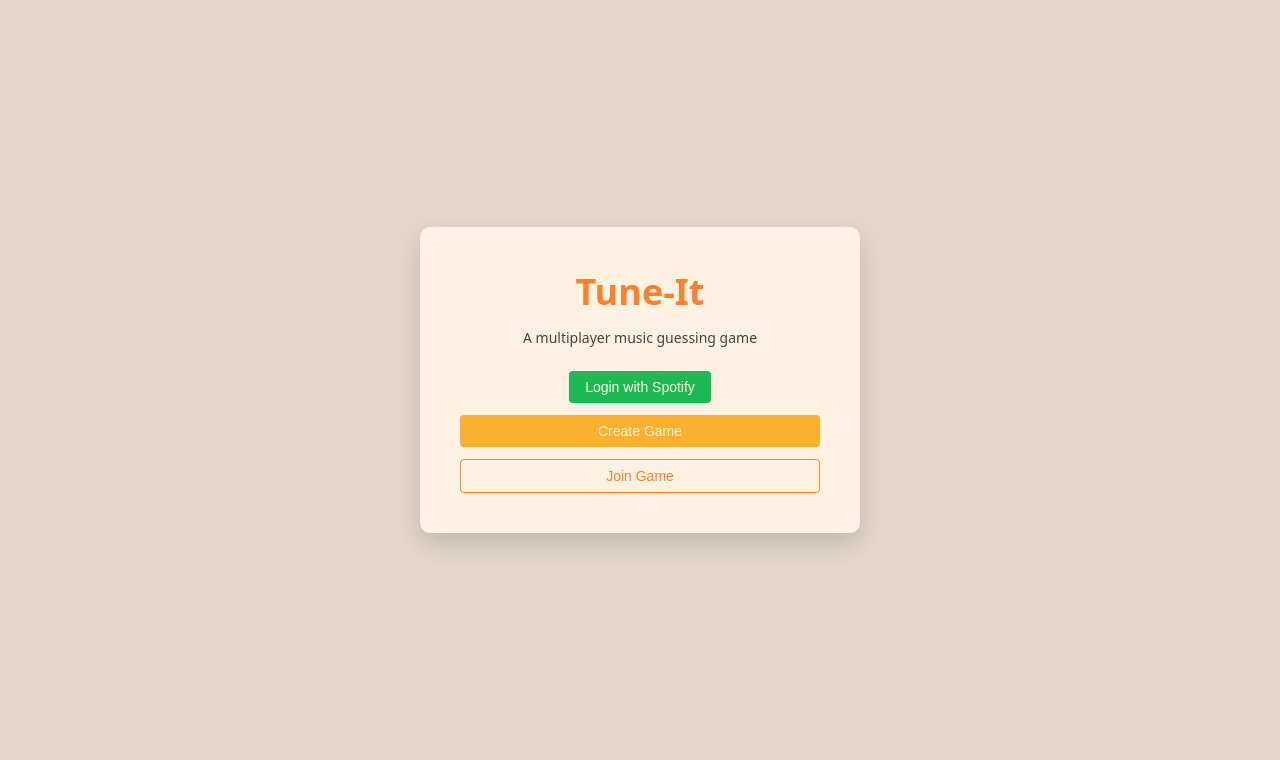
Repository: APresta19/tune-it
Page: /
The author's editor kept a copy of each file at every save. The page is drawn from the files as they stood at one save, then again after a run of saves.
The browser window is 1280 px wide. The pictures show the whole page.
The project was rebuilt for these pictures with package versions that can differ from the ones it lists, and the page was loaded fresh each time. Also part of the build but not shown: src/css/Song.css, src/components/Song.jsx, src/components/AddSong.jsx, src/components/ProgressBar.jsx, src/components/PlayerGuess.jsx, src/components/Playback.jsx, src/css/CreateGame.css, src/components/CreateGame.jsx and 2 more.

Above is the page before, as saved 2025-12-23 22:26:43.

### index.html
<!doctype html>
<html lang="en">
  <head>
    <meta charset="UTF-8" />
    <link rel="icon" type="image/svg+xml" href="/vite.svg" />
    <meta name="viewport" content="width=device-width, initial-scale=1.0" />
    <title>tune-it</title>
  </head>
  <body>
    <div id="root"></div>
    <script type="module" src="/src/main.jsx"></script>
  </body>
  <script src="https://sdk.scdn.co/spotify-player.js"></script>
</html>

### src/main.jsx
import { StrictMode} from 'react'
import { createRoot } from 'react-dom/client'
import './index.css'
import App from './App'

createRoot(document.getElementById('root')).render(
  <StrictMode>
    <App />
  </StrictMode>
)

### src/index.css
:root {
  color-scheme: light dark;

  --white: #FEF3E2;
  --darker-white: #e3d8c8;
  --primary: #FAB12F;
  --secondary: #FA812F;
  --tertiary: #DD0303;
  --clicked: #f0711d;
}

html, body, #root
{
  margin: 0;
  padding: 0;
  width: 100%;
  height: 100%;
}

button
{
  cursor: pointer;
  background-color: var(--primary);
  border: none;
  color: var(--white);
  padding: 8px 16px;
  border-radius: 4px;
  font-size: 14px;
  transition: background-color 0.3s ease;
}
button:hover
{
  background-color: var(--clicked);
}

body
{
  color: #242424;
  background-color: var(--darker-white);
  font-family: system-ui, Avenir, Helvetica, Arial, sans-serif;
}

### src/App.jsx
import { useEffect } from 'react'
import { BrowserRouter as Router, Routes, Route } from 'react-router-dom'
import AddSong from './components/AddSong'
import Playback from './components/Playback'
import CreateGame from './components/CreateGame'
import JoinGame from './components/JoinGame'
import Landing from './components/Landing'
import './index.css'

function App() {
  useEffect(() => {
    const params = new URLSearchParams(window.location.search);
    const token = params.get("access_token");

    if (token) {
      // Add token to local storage
      localStorage.setItem("access_token", token);

      // Remove token from query parameter
      window.history.replaceState({}, "", "/");
    }
  }, []);

  return (
    <Router>
      <Routes>
        <Route path="/" element={<Landing />} />
        <Route path="/add-song" element={<AddSong />} />
        <Route path="/create" element={<CreateGame />} />
        <Route path="/join" element={<JoinGame />} />
        <Route path="/playback" element={<Playback />} />
        <Route path="*" element={<Landing />} />
      </Routes>
    </Router>
  );
}
export default App;

### src/components/Landing.jsx
import { useNavigate } from "react-router-dom";
import "../css/Landing.css";

function Landing() {
  const navigate = useNavigate();

  return (
    <div className="landing-container">
      <div className="landing-card">
        <h1>Tune-It</h1>
        <p className="tagline">
          A multiplayer music guessing game
        </p>

        <div className="button-group">
          <a href={`${import.meta.env.VITE_API_URL}/login`}><button id="spotify-login">Login with Spotify</button></a>
          <button onClick={() => navigate("/create")}>
            Create Game
          </button>

          <button
            className="secondary-button"
            onClick={() => navigate("/join")}
          >
            Join Game
          </button>
        </div>
      </div>
    </div>
  );
}

export default Landing;

### src/css/AddSong.css
.add-container {
  display: flex;
  flex-direction: column;
  align-items: center;
  background-color: var(--white);
  width: 70%;
  border: 1px solid var(--primary);
  border-radius: 8px;
  min-height: fit-content;
  padding: 20px;
}

#root {
  display: flex;
  justify-content: center;
  min-height: 100vh;
  padding: 20px 0;
}

#add-search {
  width: 80%;
  padding: 10px;
  margin-top: 15px;
  border: 1px solid var(--primary);
  background-color: var(--darker-white);
  color: black;
  border-radius: 5px;
  font-size: 16px;
}

.added-songs {
  width: 80%;
  margin-top: 20px;
  padding-bottom: 20px;
}

.added-song
{
    background-color: var(--white);
    border: 1px solid var(--primary);
    border-radius: 8px;
    width: 100%;
    padding: 30px 10px;
    height: 30px;
    margin-bottom: 5px;
    display: flex;
    align-items: center;
    justify-content: space-between;
    gap: 0px;
}
.added-song h4,
.added-song p {
  margin: 0;
  padding: 0;
  line-height: 1.2;
}


.songs-list {
  width: 80%;
  display: flex;
  flex-direction: column;
  align-items: center;
  gap: 10px;
  margin-top: 20px;
  height: 400px;
  min-height: 400px;
  overflow-y: auto;
  padding-right: 5px;
  border: 1px solid var(--primary);
  background-color: var(--darker-white);
  border-radius: 8px;
  padding: 10px;
}

.songs-list {
  scrollbar-width: thin;
  scrollbar-color: var(--primary) transparent;
}

.songs-list::-webkit-scrollbar {
  width: 10px;
  height: 10px;
}

.songs-list::-webkit-scrollbar-track {
  background: transparent;
  border-radius: 10px;
  margin: 4px 0;
}

.songs-list::-webkit-scrollbar-thumb {
  background: linear-gradient(180deg, var(--primary), var(--secondary));
  border-radius: 10px;
  border: 2px solid rgba(0,0,0,0);
  background-clip: padding-box;
}

.songs-list::-webkit-scrollbar-thumb:hover {
  filter: brightness(0.92);
}

.songs-list::-webkit-scrollbar-thumb:active {
  background: linear-gradient(180deg, var(--secondary), var(--tertiary));
}

@media (prefers-color-scheme: dark) {
  .songs-list::-webkit-scrollbar-track { background: rgba(255,255,255,0.02); }
  .songs-list { scrollbar-color: var(--primary) rgba(255,255,255,0.02); }
}

### src/css/Playback.css
#root {
  display: flex;
  justify-content: center;
  min-height: 100vh;
  padding: 20px 0;
}
.playback-container
{
    display: flex;
    flex-direction: column;
    align-items: center;
    background-color: var(--white);
    width: 70%;
    border: 1px solid var(--primary);
    border-radius: 8px;
    min-height: fit-content;
    padding: 20px;

}
.progress-bar-container
{
    width: 80%;
    margin-top: 20px;
    height: 8px;
    border-radius: 5px;
    background: var(--darker-white);
    border: 1px solid #00000033;
}
.progress-bar-fill
{
    width: 20%;
    height: 8px;
    border-radius: 5px;
    background: var(--primary);
    transition: width .2s linear;
}

### src/css/Landing.css
.landing-container {
  width: 100%;
  height: 100%;
  display: flex;
  justify-content: center;
  align-items: center;
}

.landing-card {
  background-color: var(--white);
  padding: 40px;
  border-radius: 10px;
  width: 360px;
  text-align: center;
  box-shadow: 0 10px 25px rgba(0, 0, 0, 0.15);
}

.landing-card h1 {
  margin: 0;
  color: var(--secondary);
  font-size: 36px;
}

.tagline {
  margin: 12px 0 24px;
  font-size: 14px;
  color: #444;
}

.button-group {
  display: flex;
  flex-direction: column;
  gap: 12px;
}

/* Secondary action */
.secondary-button {
  background-color: transparent;
  color: var(--secondary);
  border: 1px solid var(--secondary);
}

.secondary-button:hover {
  background-color: var(--secondary);
  color: var(--white);
}

#spotify-login {
  background-color: #1db954;
  color: var(--white);
}
#spotify-login:hover {
  background-color: #14873d;
  color: var(--white);
}

/*.note
{
    border-radius: 50px;
    position: absolute;
    padding: 10px;
    top: 0px;
    animation: fall 3s linear infinite;
}

@keyframes fall {
    0% {
        top: 0;
    }
    50% {
        top: 50%;
    }
    100% {
        top: 100%;
    }
}*/

Loaded but not shown: src/css/PlayerGuess.css (no stored copy; drawn as an empty file)

After the next 3 saves:
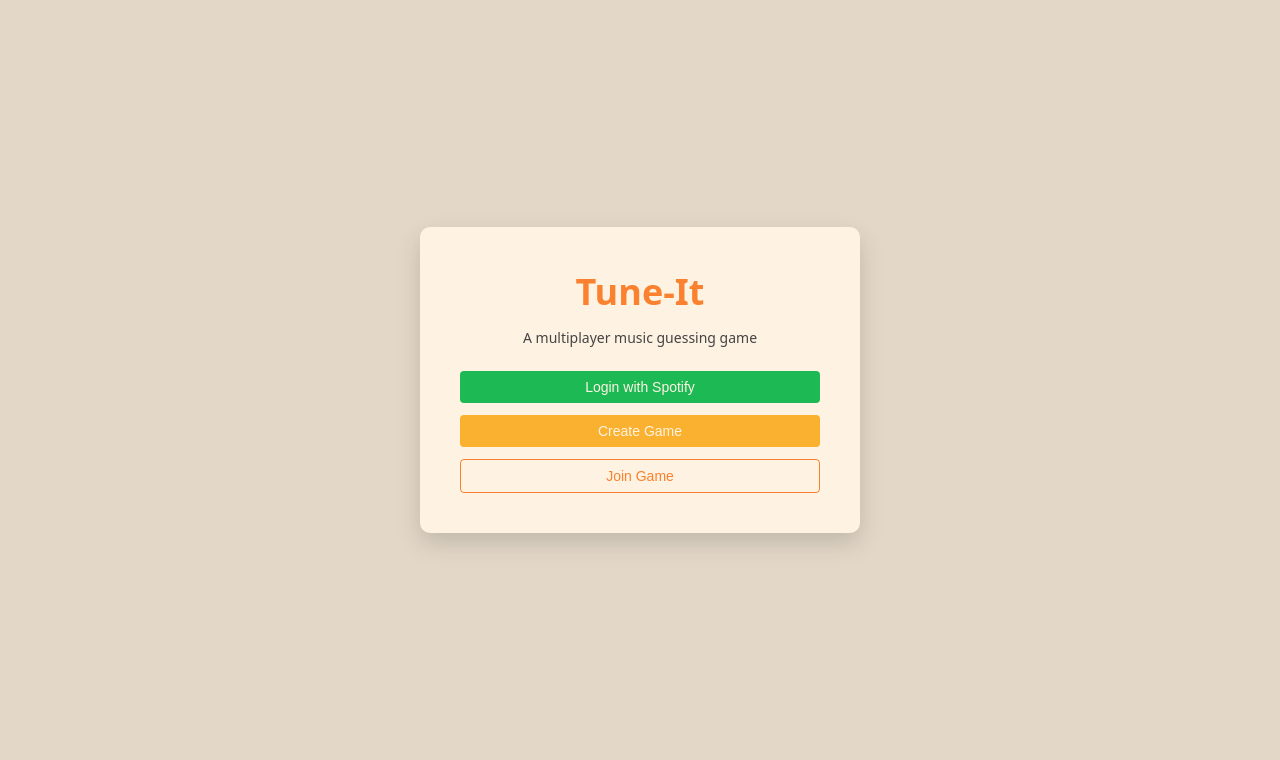
The 3 saves are shown as one change because they came seconds apart.
The last was saved 12 s later.
--- a/src/components/Landing.jsx
+++ b/src/components/Landing.jsx
@@ -13,7 +13,7 @@ function Landing() {
         </p>
 
         <div className="button-group">
-          <a href={`${import.meta.env.VITE_API_URL}/login`}><button id="spotify-login">Login with Spotify</button></a>
+          <button id="spotify-login">Login with Spotify</button>
           <button onClick={() => navigate("/create")}>
             Create Game
           </button>
